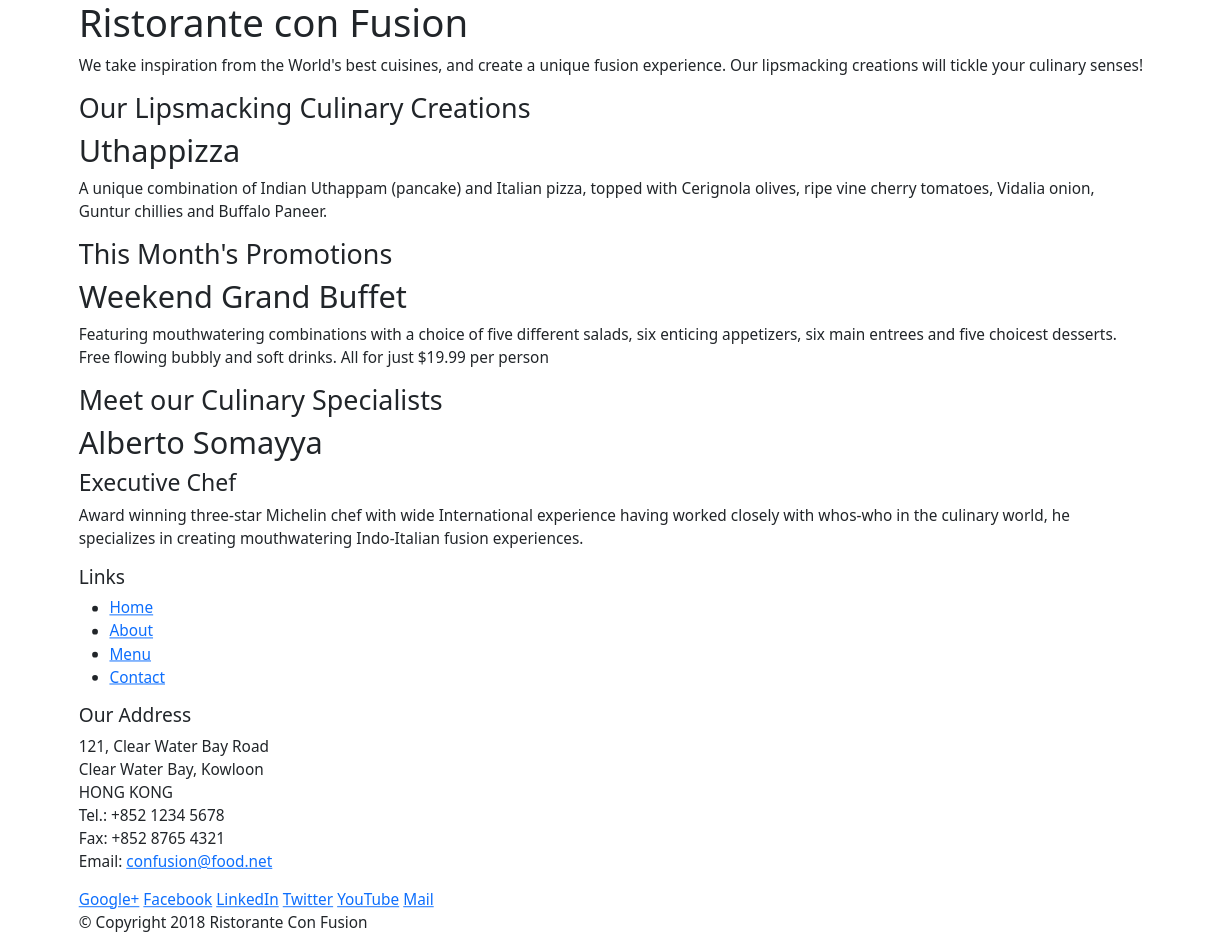
Repository: devjeremyjake/confusion
Page: index.html
The author's editor kept a copy of each file at every save. The page is drawn from the files as they stood at one save, then again after the next save.
The browser window is 1280 px wide. The pictures show the whole page, at 96% of full size.
Some web libraries are served in a nearby version.

Above is the page before, as saved 2020-01-30 15:28:33.

After the next save:
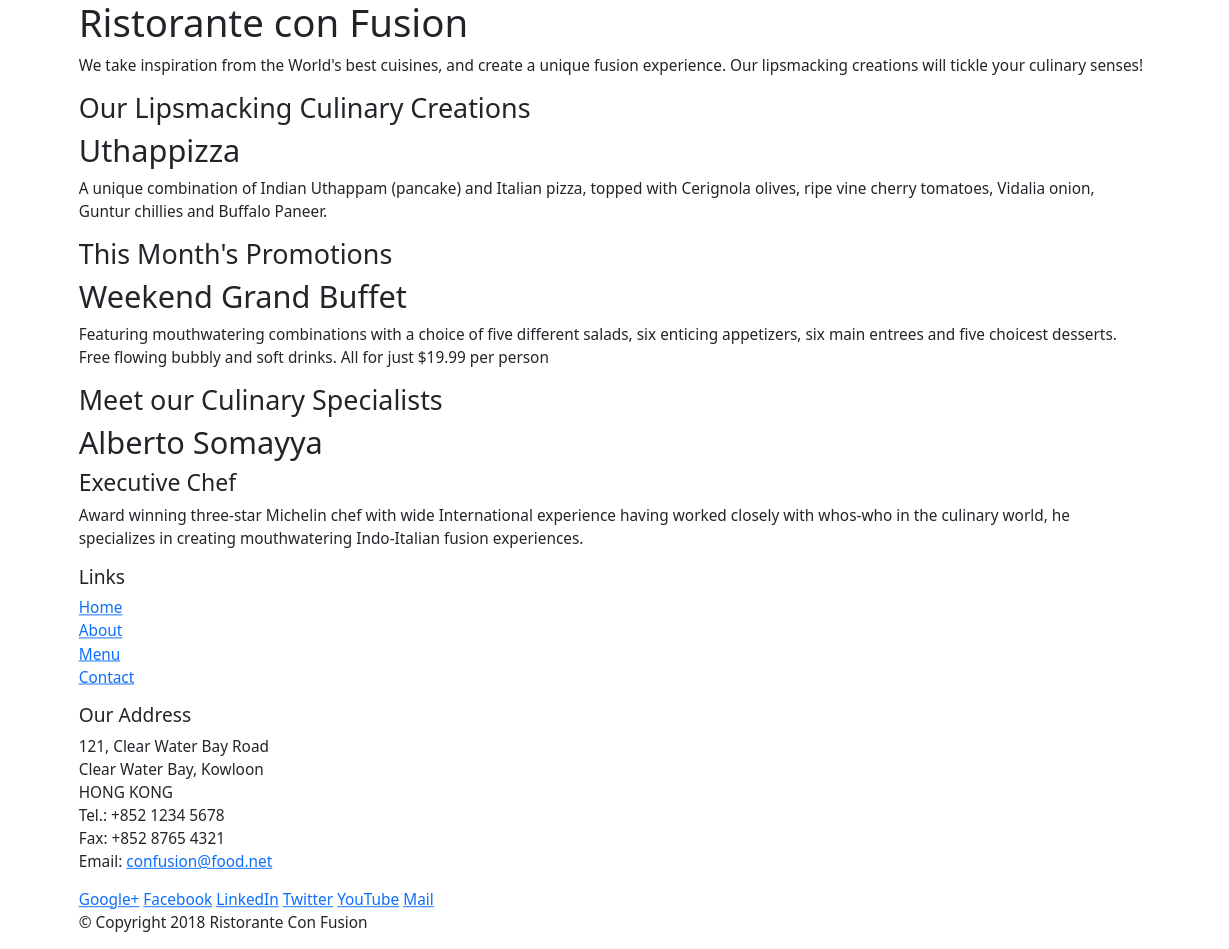
Saved 4 s later.
--- a/index.html
+++ b/index.html
@@ -62,7 +62,7 @@
             <div>
                 <div>
                     <h5>Links</h5>
-                    <ul class="list">
+                    <ul class="list-unstyled">
                         <li><a href="#">Home</a></li>
                         <li><a href="#">About</a></li>
                         <li><a href="#">Menu</a></li>
